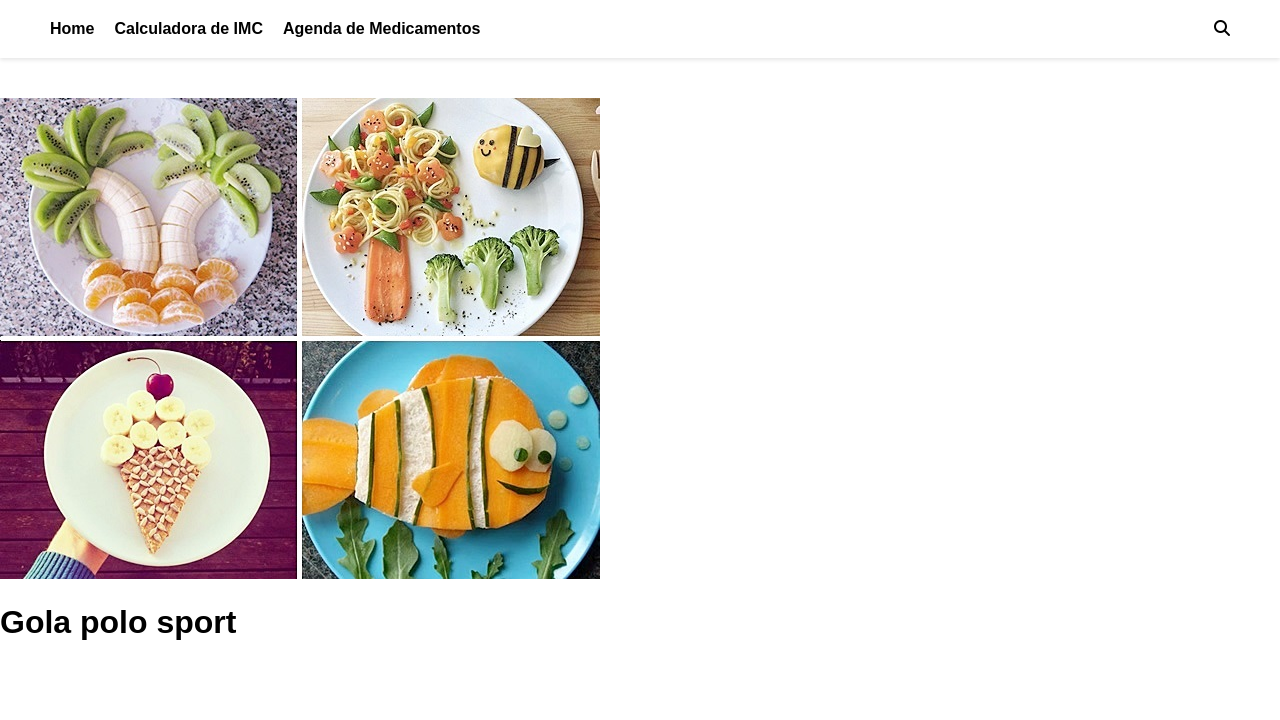
Repository: Cristiane-Sartori14/dicasSaude
Page: index.html
An editor plug-in stored every save of this project. The page is shown before and after the next save, followed by the edit.
The browser window is 1280 px wide. The pictures show the whole page.

Above is the page before, as saved 2025-05-18 21:21:35.

### index.html
<!DOCTYPE html>
<html lang="en">
<head>
    <meta charset="UTF-8">
    <meta name="viewport" content="width=device-width, initial-scale=1.0">
    <title>Dicas de Saúde</title>
    <link rel="stylesheet" href="style.css">

   <link rel="stylesheet" href="https://cdnjs.cloudflare.com/ajax/libs/font-awesome/6.5.0/css/all.min.css">

</head>
<body>
    <!--Cabeçalho-->
    <header class="header">
        <div class="nav-container">
            <nav>
                <ul class="nav-links">
                    <li><a href="#">Home</a></li>
                    <li><a href="#">Calculadora de IMC</a></li>
                    <li><a href="#">Agenda de Medicamentos</a></li>
                </ul>
            </nav>
            <div class="header-icons">
                <div class="icon search-icon">
                    <i class="fa-solid fa-magnifying-glass"></i>
                </div>
            </div>
        </div>
    </header>

     <!--Detalhes do página-->
     <div class="health-container">
        <div class="product-image">
            <img src="img/alimento.jpg" alt="Alimentação Saudável">
        </div>

        <div class="health-details">
        <h1 class="health-title">Gola polo sport</h1>
        </div>

     </div>



</body>
</html>

### style.css
body {
    margin: 0;
    font-family: Arial, Helvetica, sans-serif;
}

/*Cabeçalho*/
.header {
    padding: 10px 50px;
    background-color: #fff;
    box-shadow: 0 2px 4px rgba(0, 0, 0, 0.1);
    margin-bottom: 40px;
}

.nav-container {
    max-width: 1200px; /*largura máxima do texto*/
    margin: 0 auto;
    display: flex;
    justify-content: space-between; /*centraliza eles*/
    align-items: center;
    padding: 10px 0;
}

.nav-links {
    list-style: none;
    display: flex;
    gap: 20px;
    margin: 0;
    padding: 0;
}

.nav-links a {
    text-decoration: none; /*tirar o _*/
    color: #000;
    font-weight: bold;
    transition: 0.4s;
}

.nav-links a:hover, .header-icons i:hover {
    color: #ccc;
}

.header-icons {
    display: flex;
    gap: 20px
}

After the next save:
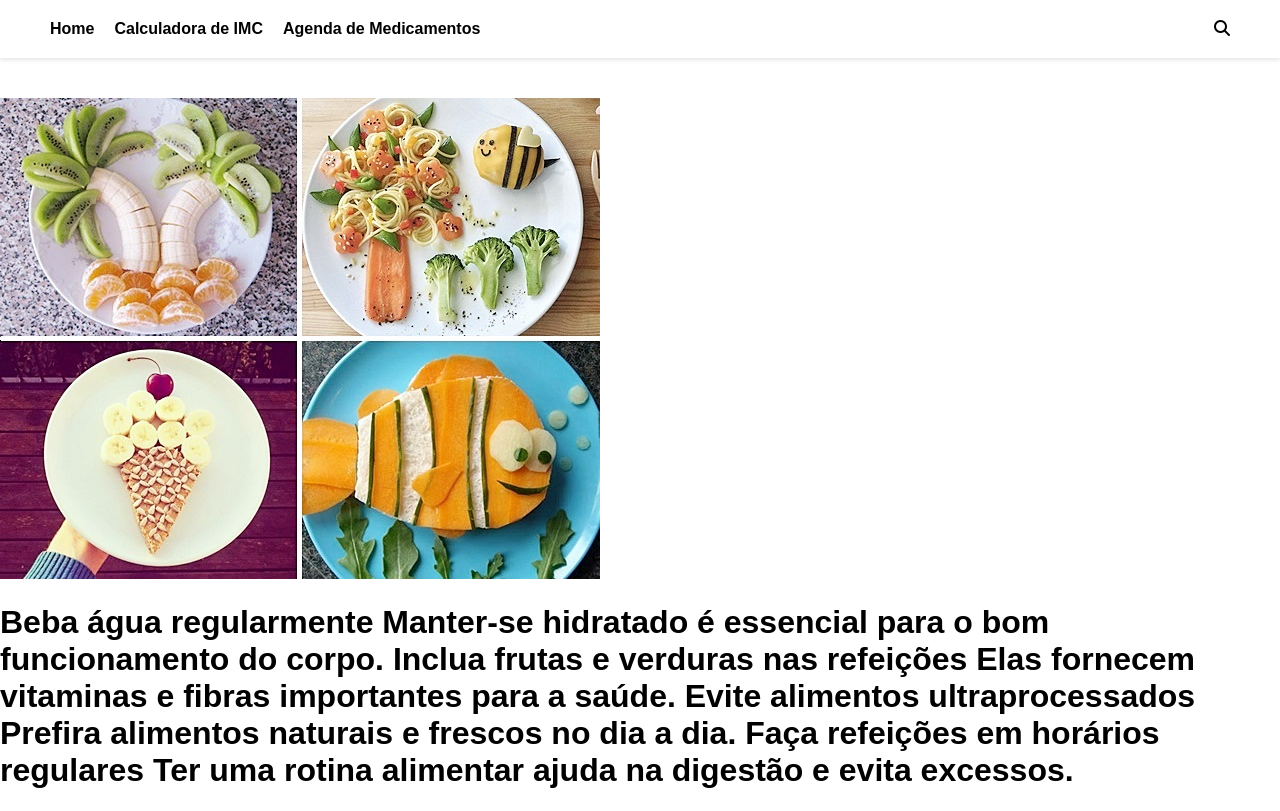
Saved 31 s later.
--- a/index.html
+++ b/index.html
@@ -35,7 +35,17 @@
         </div>
 
         <div class="health-details">
-        <h1 class="health-title">Gola polo sport</h1>
+        <h1 class="health-title">Beba água regularmente
+Manter-se hidratado é essencial para o bom funcionamento do corpo.
+
+Inclua frutas e verduras nas refeições
+Elas fornecem vitaminas e fibras importantes para a saúde.
+
+Evite alimentos ultraprocessados
+Prefira alimentos naturais e frescos no dia a dia.
+
+Faça refeições em horários regulares
+Ter uma rotina alimentar ajuda na digestão e evita excessos.</h1>
         </div>
 
      </div>
